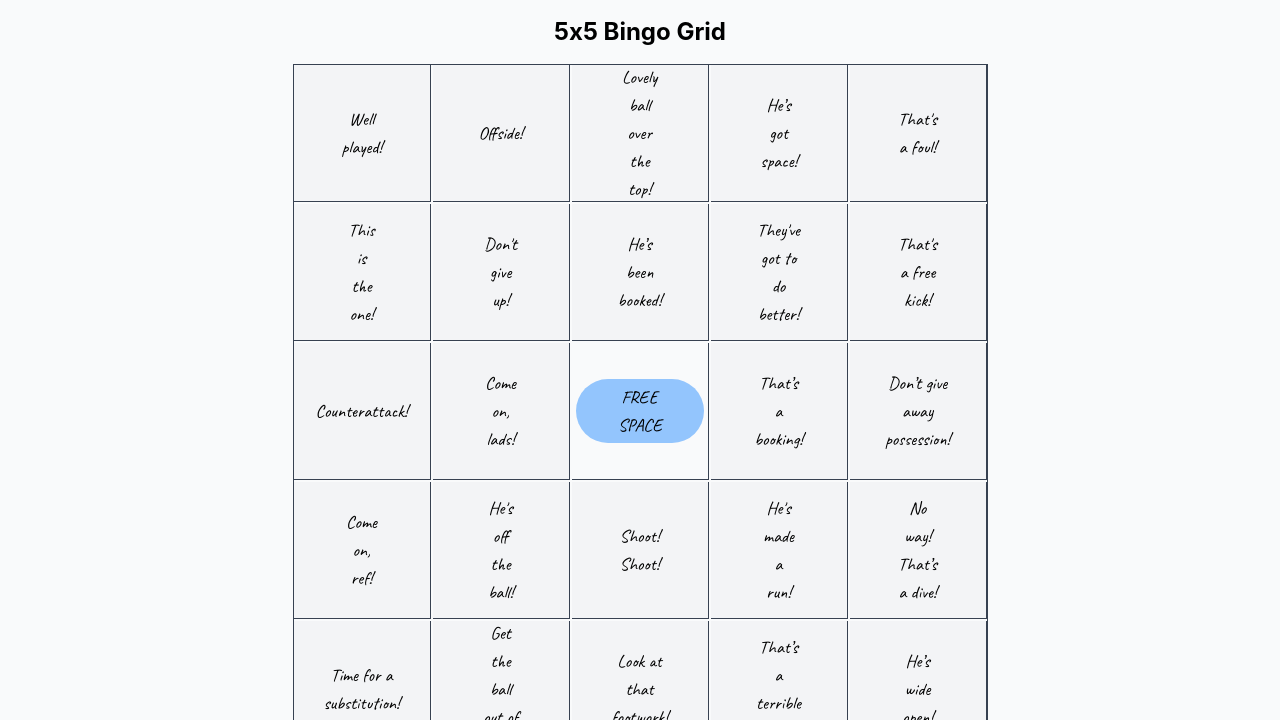
Repository: yassirbn/football-bingo
Page: /
An editor plug-in stored every save of this project. The page is shown before and after the next save, followed by the edit.
The browser window is 1280 px wide. The pictures show the whole page.
The project was rebuilt for these pictures with package versions that can differ from the ones it lists, and the page was loaded fresh each time.

Above is the page before, as saved 2024-11-26 18:39:18.

### src/index.css

@import url('https://fonts.googleapis.com/css2?family=Caveat:wght@400;700&display=swap');

@tailwind base;
@tailwind components;
@tailwind utilities;


body {
  margin: 0;
  font-family: -apple-system, BlinkMacSystemFont, 'Segoe UI', 'Roboto', 'Oxygen',
    'Ubuntu', 'Cantarell', 'Fira Sans', 'Droid Sans', 'Helvetica Neue',
    sans-serif;
  -webkit-font-smoothing: antialiased;
  -moz-osx-font-smoothing: grayscale;
}

code {
  font-family: source-code-pro, Menlo, Monaco, Consolas, 'Courier New',
    monospace;
}

### src/App.js
import React from "react";
import BingoGrid from "./component/BingoGrid/BingoGrid";


const App = () => {
  const words  = [
    "What a save!",
    "Offside!",
    "Penalty! Oh, no!",
    "Pass the ball!",
    "That's a dive!",
    "Red card!",
    "Goal! What a strike!",
    "He's on fire!",
    "Foul!",
    "Clear it!",
    "He's through on goal!",
    "Nice touch!",
    "What a tackle!",
    "Great cross!",
    "Counterattack!",
    "He’s injured!",
    "Come on, ref!",
    "Get it in the box!",
    "Keeper's got it!",
    "That's a foul!",
    "No way! That’s a dive!",
    "Good save, keeper!",
    "What a ball!",
    "Hold it up!",
    "Look at that footwork!",
    "Get stuck in!",
    "That’s a booking!",
    "Lovely ball over the top!",
    "That’s a terrible miss!",
    "Get back!",
    "Play to the whistle!",
    "It's all square!",
    "Time for a substitution!",
    "They’re all over them!",
    "Nice pass!",
    "He’s got space!",
    "He’s wide open!",
    "Well played!",
    "Take a shot!",
    "That’s a brilliant goal!",
    "What a finish!",
    "Come on, lads!",
    "Don't give up!",
    "He's made a run!",
    "Get the ball out of there!",
    "Hold the line!",
    "He’s been booked!",
    "That's a red card!",
    "This could be it!",
    "He’s in the clear!",
    "It’s a goal kick!",
    "That's a free kick!",
    "Shoot! Shoot!",
    "That's too easy!",
    "They've got to do better!",
    "He's off the ball!",
    "Put it in the back of the net!",
    "This is getting tense!",
    "He’s looking dangerous!",
    "Don’t give away possession!",
    "He’s gone down easy!",
    "That's a top save!",
    "This is the one!",
    "Make it count!"
  ];


  return (
    <div className="min-h-screen bg-gray-50 flex items-center justify-center">
      <BingoGrid words={words} />
    </div>
  );
};

export default App;

### src/component/BingoGrid/BingoGrid.js
import React, { useState } from "react";

const BingoGrid = ({ words }) => {
  const gridSize = 5; // 5x5 grid
  const totalCells = gridSize * gridSize;

  // Shuffle words only once and store in state
  const initializeGrid = () => {
    const shuffledWords = [...words].sort(() => 0.5 - Math.random()).slice(0, totalCells);

    // Fill with placeholders if not enough words
    while (shuffledWords.length < totalCells) {
      shuffledWords.push("PLACEHOLDER");
    }

    // Replace the center cell with "FREE SPACE"
    const centerIndex = Math.floor(totalCells / 2);
    shuffledWords[centerIndex] = "FREE SPACE";

    return shuffledWords;
  };

  const [gridWords] = useState(initializeGrid);
  const [selectedCells, setSelectedCells] = useState(
    Array(totalCells).fill(false).map((_, i) => i === Math.floor(totalCells / 2)) // Center (FREE SPACE) is pre-selected
  );
  const [bingo, setBingo] = useState(false);

  // Handle cell click
  const handleCellClick = (index) => {
    if (gridWords[index] === "FREE SPACE" || selectedCells[index]) return; // Ignore clicks on FREE SPACE or already selected cells

    const updatedSelection = [...selectedCells];
    updatedSelection[index] = true;
    setSelectedCells(updatedSelection);

    // Check for Bingo
    checkForBingo(updatedSelection);
  };

  // Check for Bingo
  const checkForBingo = (selected) => {
    const checkLine = (line) => line.every((index) => selected[index]);

    // Generate all rows, columns, and diagonals
    const rows = Array.from({ length: gridSize }, (_, i) =>
      Array.from({ length: gridSize }, (_, j) => i * gridSize + j)
    );
    const cols = Array.from({ length: gridSize }, (_, i) =>
      Array.from({ length: gridSize }, (_, j) => j * gridSize + i)
    );
    const diagonal1 = Array.from({ length: gridSize }, (_, i) => i * gridSize + i);
    const diagonal2 = Array.from({ length: gridSize }, (_, i) => (i + 1) * gridSize - (i + 1));

    const lines = [...rows, ...cols, diagonal1, diagonal2];

    if (lines.some(checkLine)) {
      setBingo(true); // Set Bingo to true to trigger animations
    }
  };

  return (
    <div className="p-4 relative h-screen overflow-hidden">
      {/* Fireworks Animation */}
      {bingo && (
        <div className="absolute inset-0 z-20 flex justify-center items-center pointer-events-none">
          {/* Firework Particles */}
          {Array.from({ length: 300 }).map((_, idx) => (
            <div
              key={idx}
              className="fireworks-particle w-4 h-4 rounded-full absolute animate-fireworks"
              style={{
                "--x": `${Math.random() * 120 - 60}vw`, // Expanded X direction
                "--y": `${Math.random() * 120 - 60}vh`, // Expanded Y direction
                "--size": `${Math.random() * 10 + 5}px`, // Random size (larger particles)
                "--duration": `${Math.random() * 2 + 1.5}s`, // Increased duration for longer explosion
                "--delay": `${Math.random() * 0.5}s`, // Random delay
                backgroundColor: `hsl(${Math.random() * 360}, 100%, 50%)`, // Random color (HSL)
                transform: `rotate(${Math.random() * 360}deg)` // Random rotation for more chaos
              }}
            ></div>
          ))}
        </div>
      )}

      {/* Bingo Text Animation */}
      {bingo && (
        <div className="absolute inset-0 flex items-center justify-center z-10 animate-bingo-fade">
          <h2 className="text-7xl sm:text-8xl md:text-9xl lg:text-10xl font-extrabold text-red-600 animate-bingo-shake">
            BINGO!
          </h2>
        </div>
      )}

      {/* Bingo Grid */}
      <h1 className="text-center text-2xl font-bold mb-4">5x5 Bingo Grid</h1>
      <div
        className="grid gap-0.5 border border-gray-700"
        style={{
          gridTemplateColumns: `repeat(${gridSize}, 1fr)`,
        }}
      >
        {gridWords.map((word, index) => (
          <div
            key={index}
            className={`flex items-center justify-center border-b border-r border-gray-700 text-center font-medium aspect-square p-1
              ${selectedCells[index] ? "bg-transparent" : "bg-gray-100 hover:bg-blue-200 cursor-pointer"}
              ${word === "FREE SPACE" ? "cursor-default" : ""}`}
            onClick={() => handleCellClick(index)}
          >
            <div
              className={`${
                selectedCells[index] ? "bg-blue-300 text-white" : "bg-transparent"
              } rounded-full flex items-center justify-center py-3 px-6 sm:py-4 sm:px-8 md:py-6 md:px-12 lg:py-8 lg:px-16`}
              style={{
                width: "50px", // Adjusted for mobile/tablet responsiveness
                height: "50px", // Adjusted for mobile/tablet responsiveness
                minWidth: "50px", // Ensures the circle doesn't shrink smaller than this
              }}
            >
              <span
                className="text-xs sm:text-sm md:text-base lg:text-lg font-medium text-black font-handwritten"
              >
                {word}
              </span>
            </div>
          </div>
        ))}
      </div>
    </div>
  );
};

export default BingoGrid;

### tailwind.config.js
/** @type {import('tailwindcss').Config} */
module.exports = {
  content: ['./src/**/*.{js,jsx,ts,tsx}'],
  theme: {
    extend: {
      fontFamily: {
        handwritten: ["'Caveat'", "cursive"],
      },
      animation: {
        fireworks: "fireworks 1.5s ease-out forwards",
        "bingo-fade": "bingo-fade 2s ease-out forwards",
        "bingo-shake": "bingo-shake 0.5s ease-in-out infinite",
      },
      keyframes: {
        fireworks: {
          "0%": {
            transform: "scale(0) translate(0, 0)",
            opacity: 1,
          },
          "50%": {
            transform: "scale(1) translate(var(--x), var(--y))",
            opacity: 1,
          },
          "100%": {
            transform: "scale(2) translate(var(--x), var(--y))",
            opacity: 0,
          },
        },
        "bingo-fade": {
          "0%": { opacity: 0 },
          "100%": { opacity: 1 },
        },
        "bingo-shake": {
          "0%": { transform: "rotate(0)" },
          "25%": { transform: "rotate(5deg)" },
          "50%": { transform: "rotate(0)" },
          "75%": { transform: "rotate(-5deg)" },
          "100%": { transform: "rotate(0)" },
        },
      },
    },
  },
  plugins: [],
}

Loaded but not shown: public/index.html (common file); src/index.js (common file); src/reportWebVitals.js (common file)

After the next save:
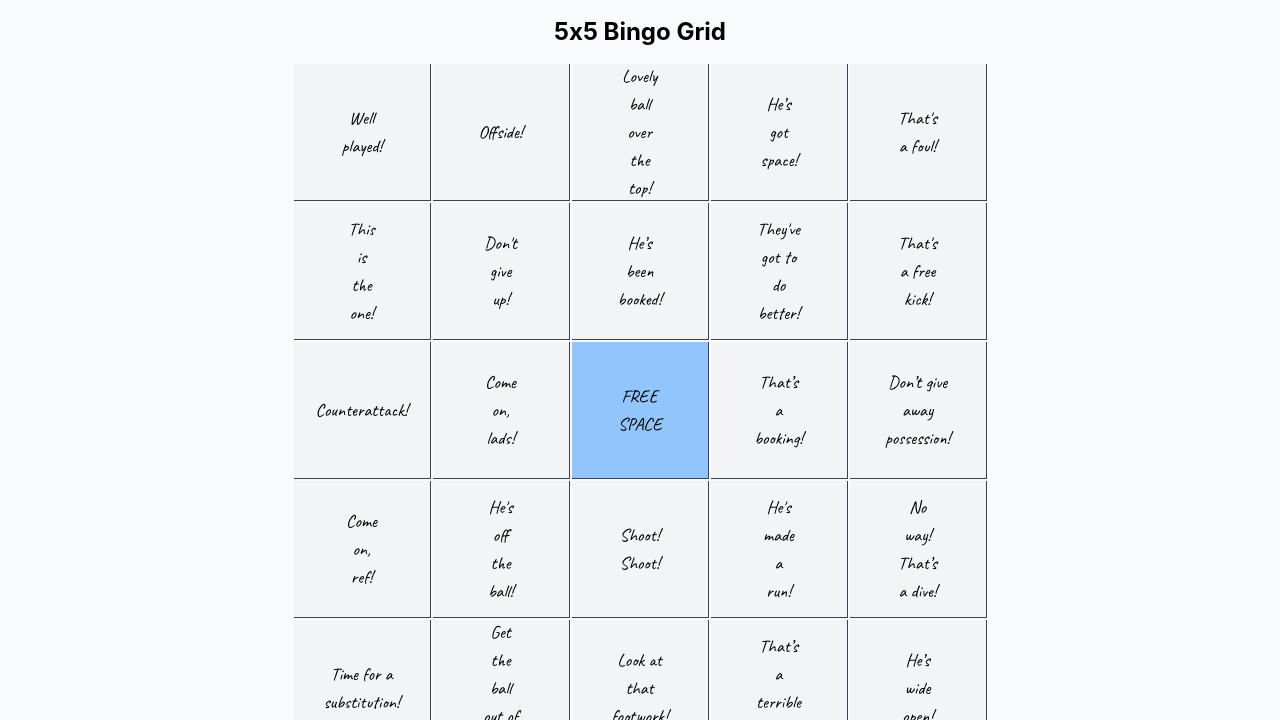
Saved 95 s later.
--- a/src/component/BingoGrid/BingoGrid.js
+++ b/src/component/BingoGrid/BingoGrid.js
@@ -95,7 +95,7 @@ const BingoGrid = ({ words }) => {
       {/* Bingo Grid */}
       <h1 className="text-center text-2xl font-bold mb-4">5x5 Bingo Grid</h1>
       <div
-        className="grid gap-0.5 border border-gray-700"
+        className="grid gap-0.5"
         style={{
           gridTemplateColumns: `repeat(${gridSize}, 1fr)`,
         }}
@@ -104,14 +104,14 @@ const BingoGrid = ({ words }) => {
           <div
             key={index}
             className={`flex items-center justify-center border-b border-r border-gray-700 text-center font-medium aspect-square p-1
-              ${selectedCells[index] ? "bg-transparent" : "bg-gray-100 hover:bg-blue-200 cursor-pointer"}
+              ${selectedCells[index] ? "bg-blue-300 text-white" : "bg-gray-100 hover:bg-blue-200 cursor-pointer"}
               ${word === "FREE SPACE" ? "cursor-default" : ""}`}
             onClick={() => handleCellClick(index)}
           >
             <div
               className={`${
                 selectedCells[index] ? "bg-blue-300 text-white" : "bg-transparent"
-              } rounded-full flex items-center justify-center py-3 px-6 sm:py-4 sm:px-8 md:py-6 md:px-12 lg:py-8 lg:px-16`}
+              } flex items-center justify-center py-3 px-6 sm:py-4 sm:px-8 md:py-6 md:px-12 lg:py-8 lg:px-16`}
               style={{
                 width: "50px", // Adjusted for mobile/tablet responsiveness
                 height: "50px", // Adjusted for mobile/tablet responsiveness
